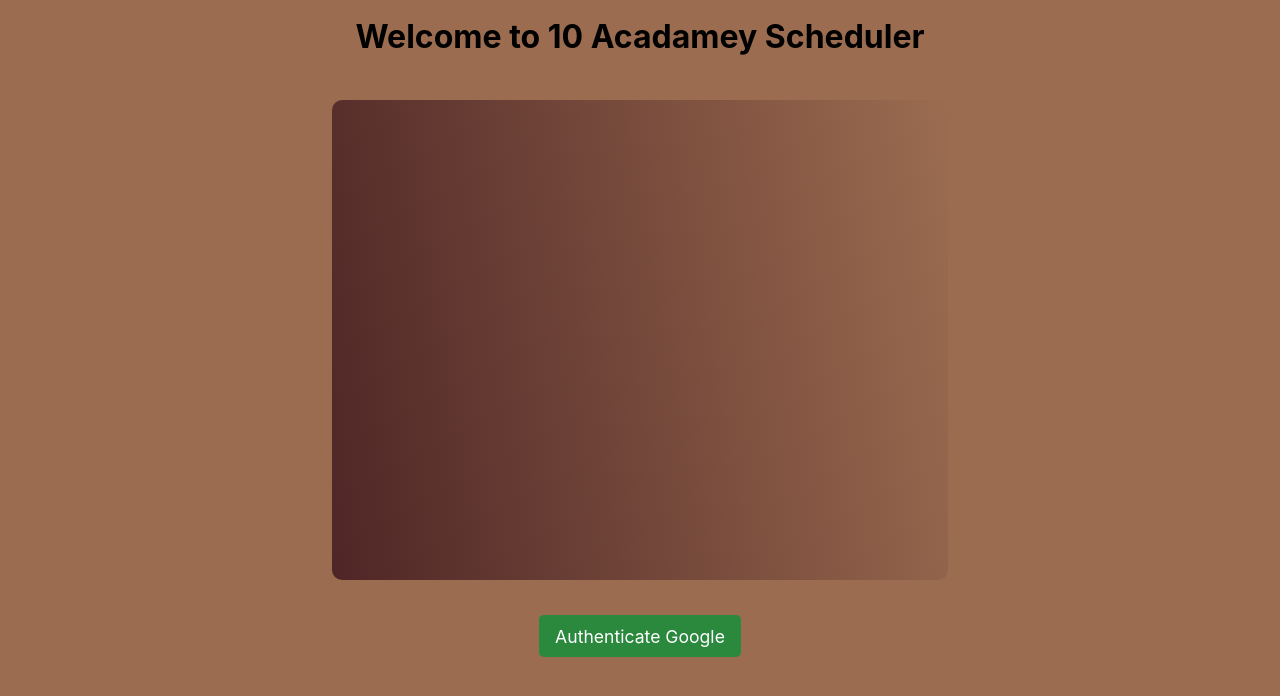
Repository: nebilarega/calendar-extractor
Page: / (app in frontend/)
These files come from the project's save history. The page is drawn as it stood at one moment and after the next save; the edit follows.
The browser window is 1280 px wide. The pictures show the whole page.
The project was rebuilt for these pictures with package versions that can differ from the ones it lists, and the page was loaded fresh each time.

Above is the page before, as saved 2022-08-24 23:44:29.

After the next save:
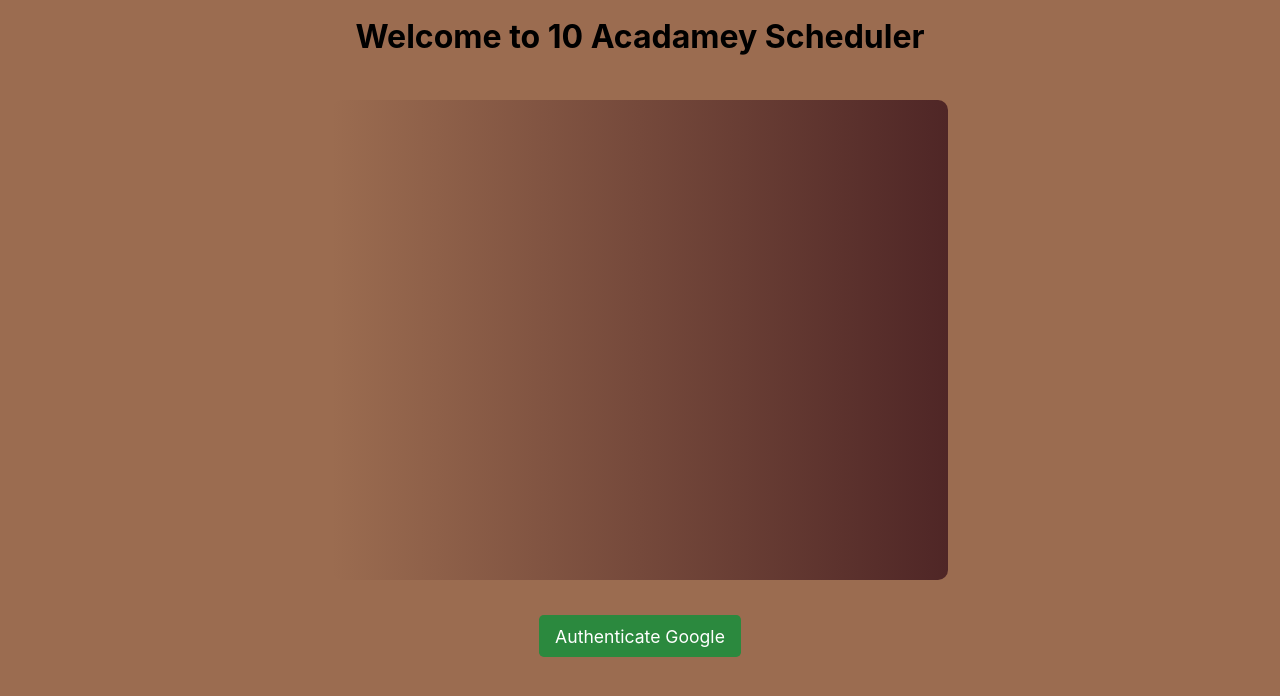
Saved 29 s later.
--- a/frontend/src/css/landing.css
+++ b/frontend/src/css/landing.css
@@ -88,7 +88,7 @@
   border-radius: 10px;
   justify-content: center;
   align-items: center;
-  background-image: linear-gradient(260deg, #9b6c50 0%, #4f2626 100%);
+  background-image: linear-gradient(90deg, #9b6c50 0%, #4f2626 100%);
 }
 button {
   margin: 2.2rem;

After the save that followed:
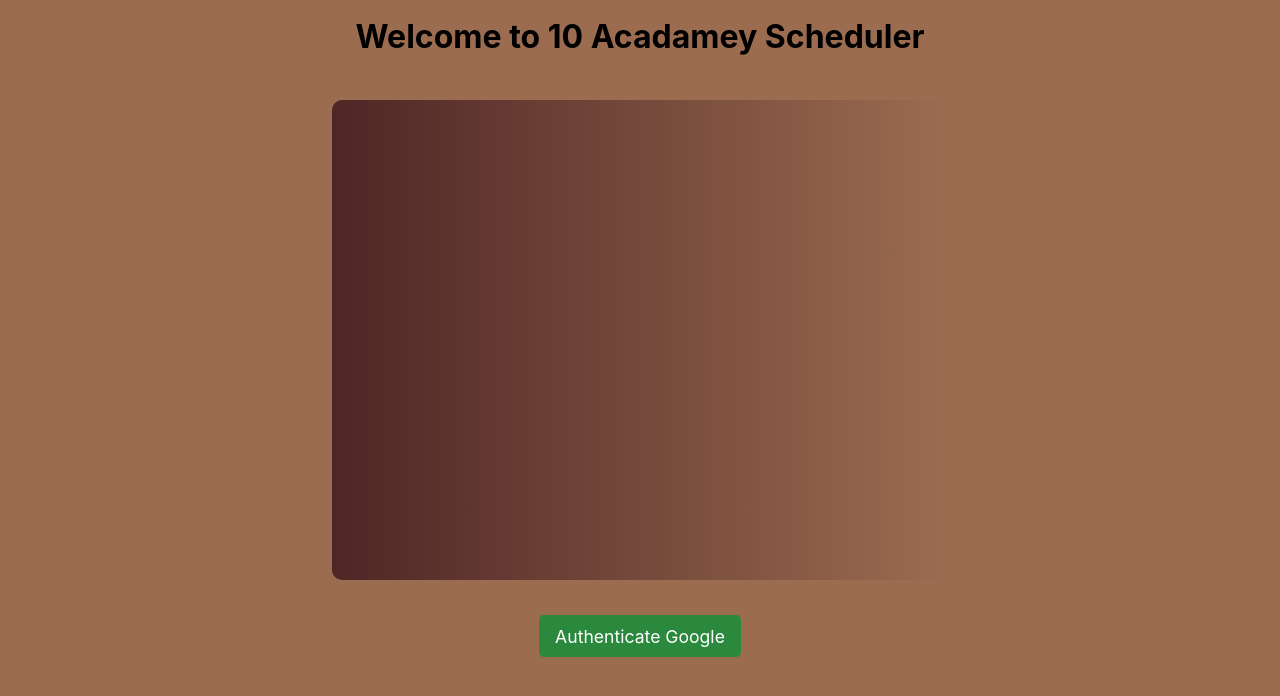
Saved 11 s later.
--- a/frontend/src/css/landing.css
+++ b/frontend/src/css/landing.css
@@ -88,7 +88,7 @@
   border-radius: 10px;
   justify-content: center;
   align-items: center;
-  background-image: linear-gradient(90deg, #9b6c50 0%, #4f2626 100%);
+  background-image: linear-gradient(-90deg, #9b6c50 0%, #4f2626 100%);
 }
 button {
   margin: 2.2rem;
